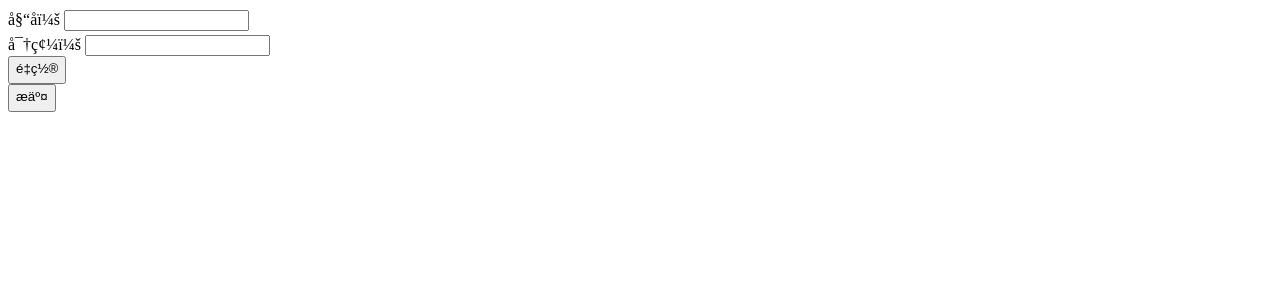
Repository: Lansefanggezi/JavaWeb
Page: http://localhost/Spring-MVC/register.jsp
An editor plug-in stored every save of this project. The page is shown before and after a run of saves, followed by the edit.
The browser window is 1280 px wide. The pictures show the whole page.
The page is served by Tomcat 9. Nobody is signed in. The application's start-up code is not run.

Above is the page before, as saved 2018-04-04 14:06:01.

After the next 2 saves:
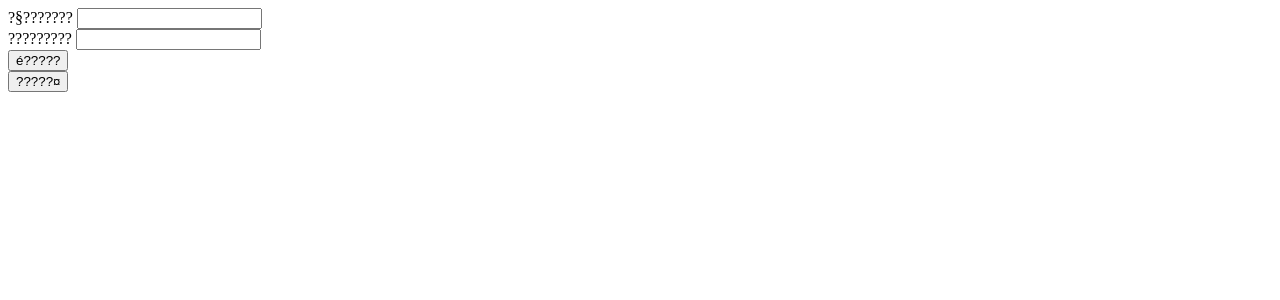
The 2 saves are shown as one change because they came seconds apart.
The last was saved 13 s later.
--- a/Spring-MVC/WebContent/register.jsp
+++ b/Spring-MVC/WebContent/register.jsp
@@ -1,5 +1,5 @@
-<?xml version="1.0" encoding="ISO-8859-1" ?>
-<%@ page language="java" contentType="text/html; charset=ISO-8859-1"
+<?xml version="1.0" encoding="gb2312" ?>
+<%@ page language="java" contentType="text/html; charset=gb2312"
     pageEncoding="ISO-8859-1"%>
 <!DOCTYPE html PUBLIC "-//W3C//DTD XHTML 1.0 Transitional//EN" "http://www.w3.org/TR/xhtml1/DTD/xhtml1-transitional.dtd">
 <html xmlns="http://www.w3.org/1999/xhtml">
